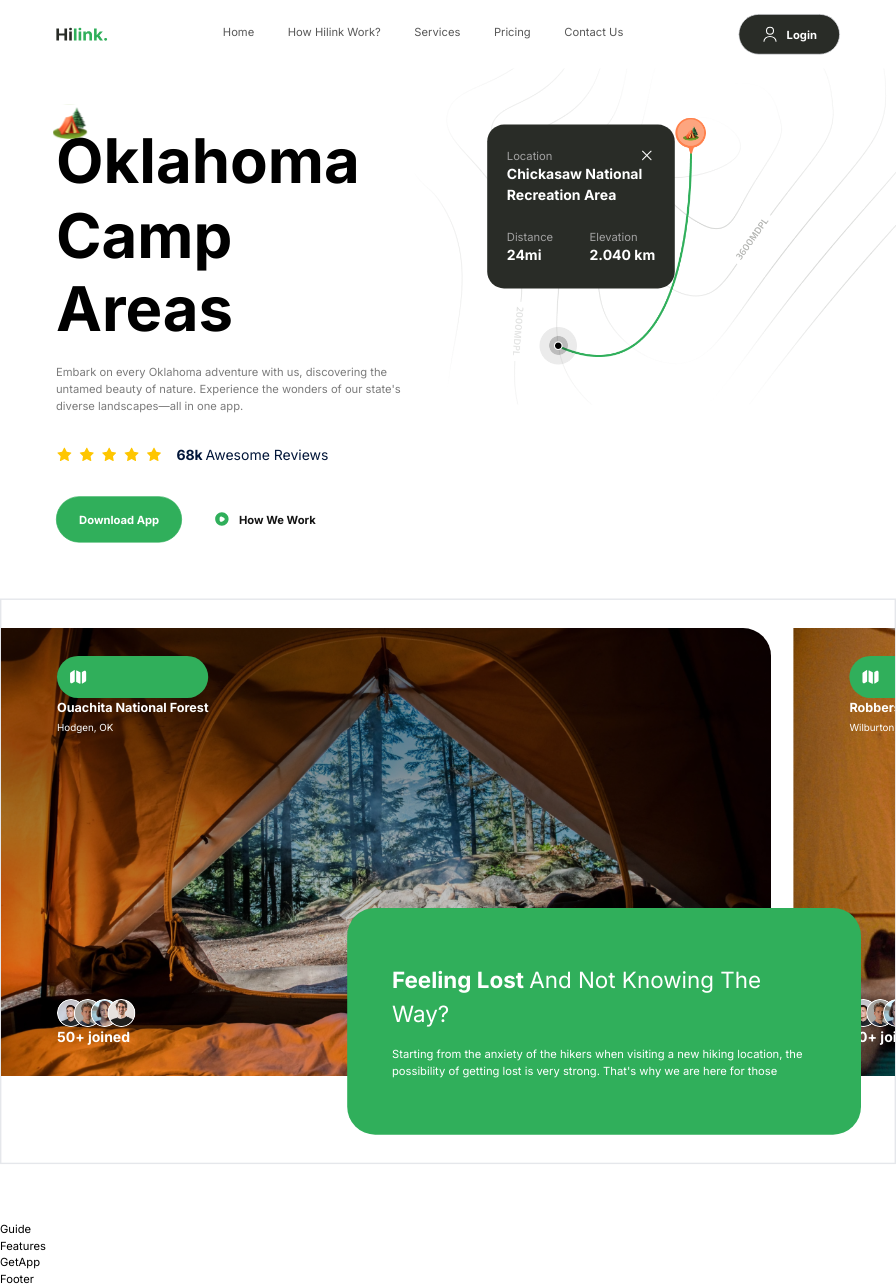
Repository: MikeeBuilds/camp
Page: /
The author's editor kept a copy of each file at every save. The page is drawn from the files as they stood at one save, then again after a run of saves.
The browser window is 1280 px wide. The pictures show the whole page, at 70% of full size.
The project was rebuilt for these pictures with package versions that can differ from the ones it lists, and the page was loaded fresh each time. The framework's server and built-in components were replaced by stand-ins that run in the browser. Also part of the build but not shown: next.config.js.

Above is the page before, as saved 2023-11-24 22:27:41.

### app/layout.tsx
import type { Metadata } from 'next'

import './globals.css'
import Navbar from '@/components/Navbar'
import Footer from '@/components/Footer'


export const metadata: Metadata = {
  title: 'Travel',
  description: 'Travel UI/UX App for camping',
}

export default function RootLayout({
  children,
}: {
  children: React.ReactNode
}) {
  return (
    <html lang="en">
      <body className="">
        <Navbar/>
        <main className='relative overflow-hidden'>
        {children}
        </main>
        <Footer/>
      </body>
    </html>
  )
}

### app/page.tsx
import Camp from "@/components/Camp";
import Features from "@/components/Features";
import GetApp from "@/components/GetApp";
import Guide from "@/components/Guide";
import Hero from "@/components/Hero";

export default function Home() {
  return (
    <>
      <Hero/>
      <Camp/>
      <Guide/>
      <Features/>
      <GetApp/>
    </>
  )
}

### components/Navbar.tsx
import { NAV_LINKS } from '@/constants'
import Image from 'next/image'
import Link from 'next/link'
import Button from './Button'

const Navbar = () => {
    return (
        <nav className="flexBetween max-container padding-container relative z-30 py-5">
            <Link href="/">
                <Image src="/hilink-logo.svg" alt="logo" width={74} height={29} />
            </Link>

            <ul className="hidden h-full gap-12 lg:flex">
                {NAV_LINKS.map((link) => (
                    <Link href={link.href} key={link.key} className="regular-16 text-gray-50 flexCenter cursor-pointer pb-1.5 transition-all hover:font-bold">
                        {link.label}
                    </Link>
                ))}
            </ul>

            <div className='lg:flexCenter hidden'>
                <Button
                    type="button"
                    title="Login"
                    icon="/user.svg"
                    variant="btn_dark_green"
                />
            </div>

            <Image
                src="menu.svg"
                alt='menu'
                width={32}
                height={32}
                className='inline-block cursor-pointer lg:hidden'
            />
        </nav>
    )
}

export default Navbar

### components/Camp.tsx
import { PEOPLE_URL } from "@/constants";
import Image from "next/image";

interface CampProps {
  backgroundImage:string;
  title: string;
  subtitle: string;
  peopleJoined: string
}


const CampSite = ({ backgroundImage, title, subtitle, peopleJoined }: CampProps) => {
  return (
    <div className={`h-full w-full min-w-[1100px] ${backgroundImage} bg-cover bg-no-repeat lg:rounded-r-5xl 2xl:rounded-5xl`}>
      <div className="flex h-full flex-col items-start justify-between p-6 lg:px-20 lg:py-10">
        <div className="flex-center gap-4">
          <div className="rounded-full bg-green-50 p-4">
            <Image
              src="/folded-map.svg"
              alt="map"
              width={28}
              height={28}
            />
          </div>
          <div className="flex flex-col gap-1">
            <h4 className="bold-18 text-white">
              {title}
            </h4>
            <p className="regular-14 text-white">
              {subtitle}
            </p>
          </div>
        </div>
        <div className="flex-center gap-6">
          <span className="flex -space-x-4 overflow-hidden">
            {PEOPLE_URL.map((url) => (
              <Image
                src={url}
                key={url}
                alt="person"
                width={52}
                height={52}
                className="inline-block h-10 w-10 rounded-full"
              />
            ))}
          </span>
          <p className="bold-16 md:bold-20 text-white">{peopleJoined}</p>
        </div>
      </div>
    </div>
  )
};


const Camp = () => {
  return (
    <section className='border-2 2xl:max-container
    relative flex flex-col py-10 lg:mb-20 xl:mb-20'>
      <div className='hide-scrollbar flex h-[340px] w-full items-start
      justify-start gap-8 overflow-x-auto lg:h-[400px] xl:h-[640px]'>
        <CampSite
          backgroundImage="bg-bg-img-1"
          title="Ouachita National Forest"
          subtitle="Hodgen, OK"
          peopleJoined="50+ joined"
        />
        <CampSite
          backgroundImage="bg-bg-img-2"
          title="Robbers Cave State Park"
          subtitle="Wilburton, OK"
          peopleJoined="50+ joined"
        />
      </div>

      <div className="flexEnd mt-10 px-6 lg:-mt-60 lg:mr-6">
        <div className="bg-green-50 p-8 lg:max-w-[500px] xl:max-w-[734px] xl:rounded-5xl xl:px-16 xl:py-20 relative w-full overflow-hidden rounded-3xl">
          <h2 className="regular-24 md:regular-32 2xl:regular-64 capitalize text-white">
            <strong>Feeling Lost </strong>
            And Not Knowing The Way?
          </h2>
          <p className="regular-14 xl:regular-16 mt-5 text-white">
            Starting from the anxiety of the hikers when visiting a new hiking location, the possibility of getting lost is very strong. That's why we are here for those
          </p>
        </div>
      </div>
    </section>
  )
}

export default Camp

### components/Hero.tsx
import Image from 'next/image';
import React from 'react';
import Button from "./Button";

const Hero = () => {
  return (
    <section className=' max-container padding-container flex flex-col gap-20 py-10 pb-32 md:gap-28 lg:py-20 xl:flex-row'>
      <div className='hero-map' />

      {/* LEFT SIDE */}

      <div className='relative z-20 flex flex-1 flex-col xl:w-1/2'>
        <Image
          src="/camp.svg"
          alt='camp'
          height={50}
          width={50}
          className='absolute left-[-5px] top-[-30px] w-10 lg:w-[50px]'
        />

        <h1 className='bold-52 lg:bold-88'>
          Oklahoma Camp Areas
        </h1>
        <p className='regular-16 mt-6 text-gray-30 xl:max-w-[520px]'>
          Embark on every Oklahoma adventure with us, discovering the untamed beauty of nature.
          Experience the wonders of our state's diverse landscapes—all in one app.
        </p>
        <div className='my-11 flex flex-wrap gap-5'>
            <div className='flex items-center gap-2'>
              {Array(5).fill(1).map((_, index) => (
                <Image
                  src="/star.svg"
                  key={index}
                  alt='star'
                  height={24}
                  width={24}
                />
              ))}
            </div>

            <p className='bold-16 lg:bold-20 text-blue-70'>
              68k
              <span className='regular-16 lg:regular-20 ml-1'>Awesome Reviews</span>
            </p>
        </div>

        <div className='flex flex-col w-full gap-3 sm:flex-row'>
          <Button
            type='button'
            title='Download App'
            variant='btn_green'
          />
          <Button
          type='button'
          title='How We Work'
          icon='/play.svg'
          variant='btn_white_text'
        />
        </div>
      </div>

      <div className='relative flex flex-1 items-start'>
          <div className='relative z-20 flex w-[268px] flex-col gap-8 rounded-3xl bg-green-90 px-7 py-8'>


            <div className='flex flex-col'>
              <div className='flexBetween'>
                <p className='regu;ar-16 text-gray-20'>
                  Location
                </p>
                <Image
                  src="/close.svg"
                  alt='logo'
                  width={24}
                  height={24}
                />
              </div>
              <p className='bold-20 text-white'>Chickasaw National Recreation Area</p>
                </div>

              <div className='flexBetween'>
                <div className='flex flex-col'>
                  <p className='regular-16 block text-gray-20'>Distance</p>
                  <p className='bold-20 text-white'>24mi</p>
                </div>
                <div className='flex flex-col'>
                  <p className='regular-16 block text-gray-20'>Elevation</p>
                  <p className='bold-20 text-white'>2.040 km</p>
                </div>
              </div>
            </div>
          </div>
    </section>
  )
}

export default Hero

### components/Button.tsx
import Image from "next/image";

type ButtonProps = {
    type: 'button' | "submit";
    title: string;
    icon?: string;
    variant: 'btn_dark_green'
}


const button = ({ type, title, icon, variant}: ButtonProps) => {
  return (
    <button
        className={`flexCenter gap-3 rounded-full border ${variant}`}
        type={type}
    >
        {icon && <Image src={icon} alt={title} width={24} height={24}/>}
        <label className="bold-16 whitespace-nowrap">{title}</label>
    </button>
  )
}

export default button

Loaded but not shown: app/globals.css (common file); components/Footer.tsx (common file); components/Features.tsx (common file); components/GetApp.tsx (common file); components/Guide.tsx (common file); constants/index.ts (common file); tailwind.config.ts (common file)

After the next 2 saves:
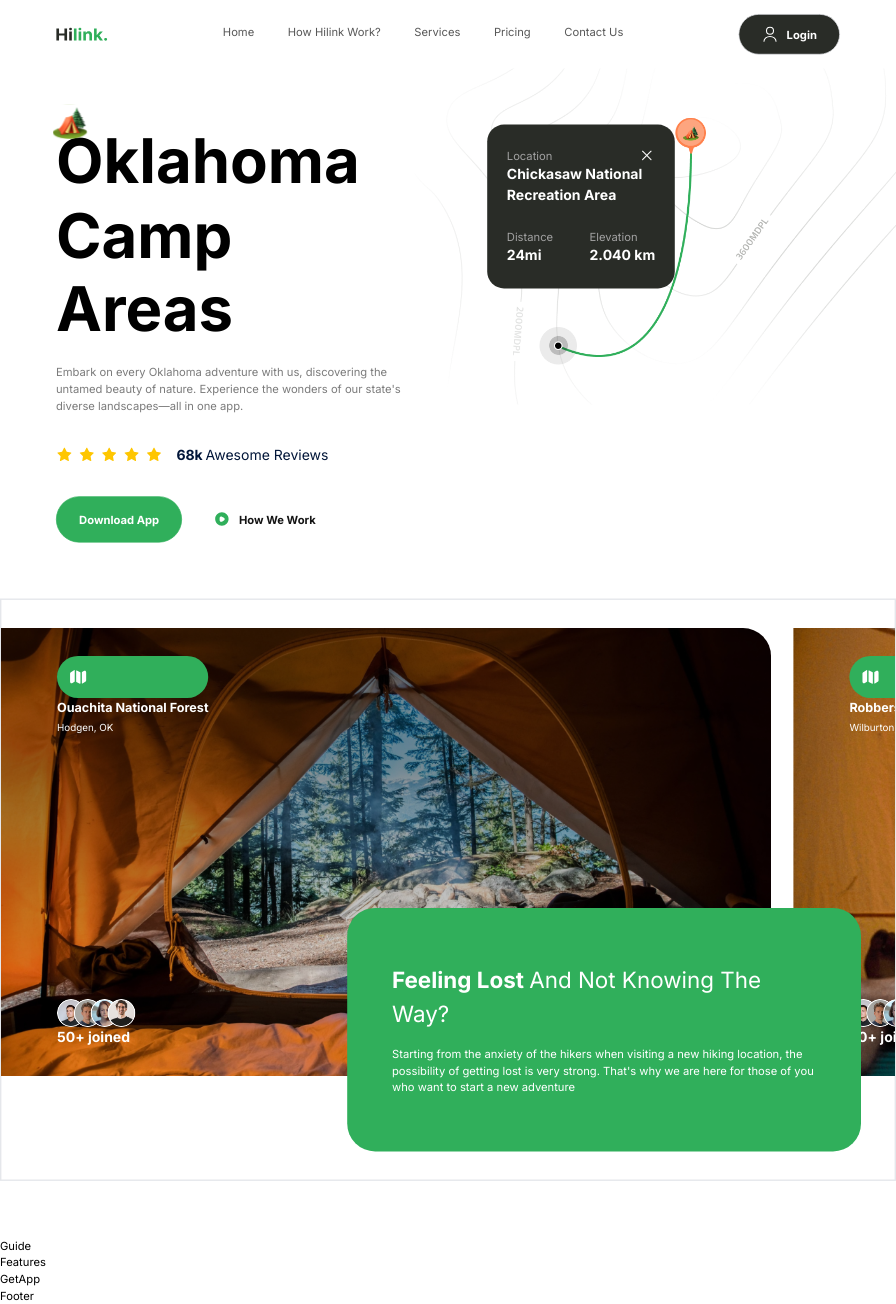
The 2 saves are shown as one change because they came seconds apart.
The last was saved 11 s later.
--- a/components/Camp.tsx
+++ b/components/Camp.tsx
@@ -2,7 +2,7 @@ import { PEOPLE_URL } from "@/constants";
 import Image from "next/image";
 
 interface CampProps {
-  backgroundImage:string;
+  backgroundImage: string;
   title: string;
   subtitle: string;
   peopleJoined: string
@@ -79,7 +79,7 @@ const Camp = () => {
             And Not Knowing The Way?
           </h2>
           <p className="regular-14 xl:regular-16 mt-5 text-white">
-            Starting from the anxiety of the hikers when visiting a new hiking location, the possibility of getting lost is very strong. That's why we are here for those
+            Starting from the anxiety of the hikers when visiting a new hiking location, the possibility of getting lost is very strong. That's why we are here for those of you who want to start a new adventure
           </p>
         </div>
       </div>
